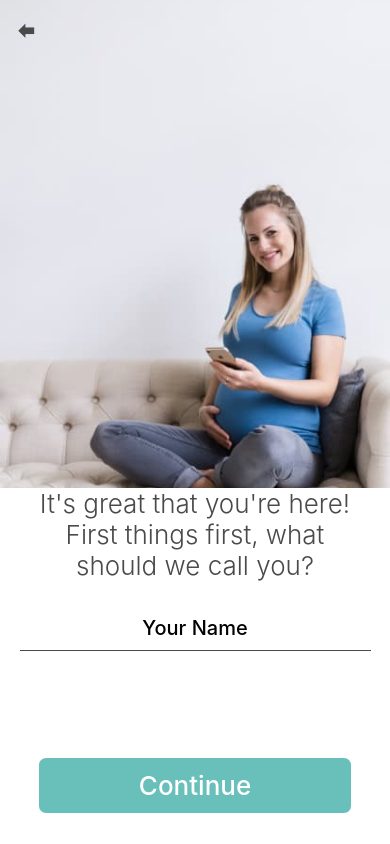
Repository: pheonixlegend/keleya
Screen: /Name
The author's editor kept a copy of each file at every save. The screen is drawn from the files as they stood at one save, then again after the next save.
The app was drawn by React Native's web renderer in a window 390 px wide. The project was rebuilt for these pictures with package versions that can differ from the ones it lists, and the page was loaded fresh each time. Also part of the build but not shown: components/ImageHeader.tsx, components/LoginSignupDetails.tsx, screens/SignUp.tsx, screens/SignIn.tsx, screens/Date.tsx, screens/Workout.tsx, screens/Success.tsx.

Above is the screen before, as saved 2021-10-10 13:19:21.

### App.tsx
import { StatusBar } from 'expo-status-bar';
import React from 'react';
import { StyleSheet, Text, View } from 'react-native';
import Home from './screens/Home';
import { NavigationContainer } from '@react-navigation/native';
import AppStack from './routes/AppStack';

export default function App() {
  return (
    <NavigationContainer>
      <AppStack />
    </NavigationContainer>
  );
}

const styles = StyleSheet.create({
  container: {
    flex: 1,
    backgroundColor: '#fff',
    alignItems: 'center',
    justifyContent: 'center',
  },
});

### routes/AppStack.tsx
import { createStackNavigator } from '@react-navigation/stack';
import { Image } from 'react-native';
import Home from '../screens/Home';
import ImageHeader from '../components/ImageHeader';
import SignUp from '../screens/SignUp';
import SignIn from '../screens/SignIn';
import Name from '../screens/Name';
import Date from '../screens/Date';
import Workout from '../screens/Workout';
import Success from '../screens/Success';
import React from 'react';
import { Entypo } from '@expo/vector-icons';
import {RootStackParamList} from '../routes/RootStackPrams';

const Stack = createStackNavigator<RootStackParamList>();
    const appStack = () => {
        return (
            <Stack.Navigator
                screenOptions={{
                headerShown: false,
                headerTransparent: true,
                headerStyle: {
                  },
                  headerBackTitleStyle: {
                      opacity: 0,
                  },
                  headerTintColor: 'transparent'
                }}
            >
                <Stack.Screen name="Home" component={Home} />
                <Stack.Screen
                    name="SignUp"
                    component={SignUp}
                    options={{
                        headerShown: true,
                        headerBackImage: ()=>(<Entypo name='arrow-left' size={22}
                        color="#4a4a4a" style={{ paddingLeft: '20%', marginTop: '-10%' }} />)
                    }}
                />
                <Stack.Screen
                    name="SignIn"
                    component={SignIn}
                    options={{
                        headerShown: true,
                        headerBackImage: ()=>(<Entypo name='arrow-left' size={22}
                        color="#4a4a4a" style={{ paddingLeft: '20%', marginTop: '-10%' }} />)
                    }}
                />
                <Stack.Screen
                    name="Name"
                    component={Name}
                    options={{
                        headerShown: true,
                        headerBackImage: ()=>(<Entypo name='arrow-left' size={22}
                        color="#4a4a4a" style={{ paddingLeft: '20%', marginTop: '-10%' }} />)
                    }}
                />
                <Stack.Screen
                    name="Date"
                    component={Date}
                    options={{
                        headerShown: true,
                        headerBackImage: ()=>(<Entypo name='arrow-left' size={22}
                        color="#4a4a4a" style={{ paddingLeft: '20%', marginTop: '-10%' }} />)
                    }}
                />
                <Stack.Screen
                    name="Workout"
                    component={Workout}
                    options={{
                        headerShown: true,
                        headerBackImage: ()=>(<Entypo name='arrow-left' size={22}
                        color="#4a4a4a" style={{ paddingLeft: '20%', marginTop: '-10%' }} />)
                    }}
                />
                <Stack.Screen
                    name="Success"
                    component={Success}
                    options={{
                        headerShown: false,
                        headerBackImage: ()=>(<Entypo name='arrow-left' size={22}
                        color="#4a4a4a" style={{ paddingLeft: '20%', marginTop: '-10%' }} />)
                    }}
                />
            </Stack.Navigator>
        )
    }
export default appStack

### screens/Home.tsx
import { StatusBar } from 'expo-status-bar';
import React from 'react';
import { StyleSheet, Text, View, Button, Image, SafeAreaView, ImageBackground, TouchableOpacity } from 'react-native';
import { Global } from '../styles/Global';
import {useNavigation} from '@react-navigation/native';
import {StackNavigationProp} from '@react-navigation/stack';
import {RootStackParamList} from '../routes/RootStackPrams';

type authScreenProp = StackNavigationProp<RootStackParamList, 'Home'>;

function Home() {
  /* const signUpHandler = () => {
    navigation.push("Sign Up")
  }

  const signInHandler = () => {
    navigation.push("Sign In")
  }
 */
  const navigation = useNavigation<authScreenProp>();

  return (
    <ImageBackground source={require('../assets/images/first-intro-image.png')} style={styles.backgroundImage} >

    <SafeAreaView style={Global.container}>
      <StatusBar backgroundColor={'transparent'} translucent/>

      <View style={styles.imageContainer}>
        <Image source={require('../assets/images/keleya-logo.png')} style={styles.image} resizeMode="contain" />
      </View>

      <View style={styles.centeredView}>
        <Text style={styles.subText}>For a fit and relaxed pregnancy</Text>
      </View>

      <View style={styles.buttonContainer}>
      <TouchableOpacity style={styles.customBtnBGBottom} onPress={() => navigation.navigate('SignUp')}>
        <Text style={styles.customBtnTextBottom}>Get started</Text>
      </TouchableOpacity>


      <TouchableOpacity style={styles.customBtnBGBottom2} onPress={() => navigation.navigate('SignIn')}>
        <Text style={styles.customBtnTextBottom2}>Or login</Text>
      </TouchableOpacity>
      </View>
    </SafeAreaView>

    </ImageBackground>
  )
}

const styles = StyleSheet.create({
  imageContainer: {
    justifyContent: 'center',
    alignItems: 'center',
    height: '20%'
  },

  backgroundImage: {
    flex: 1,
    width: undefined,
    height: undefined,
    resizeMode: 'cover'
  },

  centeredView: {
    justifyContent: 'center',
    alignItems: 'center'
  },

  image: {
    width: '23%',
    height: '100%'
  },

  subText: {
    textAlign: 'center',
    fontSize: 24,
    fontWeight: "500",
    marginTop: '-3%',
    width: '53%',
    color: "#4a4a4a"
  },

  buttonContainer: {
    flex: 1,
    alignItems: 'center',
    height: '12.4%',
  },

  customBtnBGBottom: {
    backgroundColor: "#69c0ba",
    borderRadius: 7,
    width: '85%',
    height: '6.2%',
    position: 'absolute',
    bottom: 0,
    marginBottom: '23%',
    justifyContent: 'center',
    alignItems: 'center',
  },

  customBtnBGBottom2: {
    backgroundColor: "transparent",
    borderRadius: 7,
    width: '85%',
    position: 'absolute',
    bottom: 0,
    marginBottom: '10%',
    justifyContent: 'center',
    alignItems: 'center',
  },

  customBtnTextBottom: {
    fontSize: 26,
    fontWeight: "500",
    color: "#fff",
    textAlign: "center"
  },

  customBtnTextBottom2: {
    fontSize: 21,
    fontWeight: "600",
    color: "#4a4a4a",
    textAlign: "center"
  }

});

export default Home

### screens/Name.tsx
import {useNavigation} from '@react-navigation/native';
import { StatusBar } from 'expo-status-bar';
import React from 'react';
import { StyleSheet, Text, View, SafeAreaView, TouchableOpacity, TextInput } from 'react-native';
import { Global } from '../styles/Global';
import ImageHeaderMedium from '../components/ImageHeaderMedium';
import {StackNavigationProp} from '@react-navigation/stack';
import {RootStackParamList} from '../routes/RootStackPrams';
import NameTimeDetails from '../components/NameTimeDetails';

type nameScreenProp = StackNavigationProp<RootStackParamList, 'Name'>;

function Name() {
  const navigation = useNavigation<nameScreenProp>();

 return (
    <SafeAreaView style={styles.mainContainer}>
      <StatusBar backgroundColor={'transparent'} translucent/>
      <ImageHeaderMedium screenType = "nameScreen"/>
      {<NameTimeDetails screenType = "nameScreen" /> }

      <View style={styles.buttonContainer}>
          <TouchableOpacity style={styles.customBtnBGBottom} onPress={() => navigation.navigate('Date')}>
            <Text style={styles.customBtnTextBottom}>Continue</Text>
          </TouchableOpacity>
      </View>
    </SafeAreaView>
  )
}

const styles = StyleSheet.create({
  mainContainer: {
    flex: 1,
    backgroundColor: 'white'
  },

  forgotPasswordText: {
    textAlign: 'center',
    fontSize: 19,
    width: '90%',
    fontWeight: "300",
    color: "#4a4a4a",
    paddingBottom: '7%'
  },

  buttonContainer: {
    alignItems: 'center',
    width: '100%',
    bottom: 0,
    position: 'absolute',
  },

  customBtnBGBottom: {
    backgroundColor: "#69c0ba",
    borderRadius: 7,
    width: '80%',
    paddingTop: '3%',
    paddingBottom: '3%',
    marginBottom: '8%',
    justifyContent: 'center',
    alignItems: 'center',
  },

  customBtnTextBottom: {
    fontSize: 26,
    fontWeight: "500",
    color: "#ffff",
    textAlign: "center"
  }

});

export default Name

### styles/Global.tsx
import { StyleSheet } from 'react-native';

export const Global = StyleSheet.create({
    container: {
        flex: 1,
        backgroundColor: 'transparent',
    }
})

### components/ImageHeaderMedium.tsx
import React, { useState, FC } from 'react';
import { Text, View, StyleSheet, Image } from 'react-native';
import { Entypo } from '@expo/vector-icons';
import { LinearGradient } from 'expo-linear-gradient';

interface Props {
  screenType: string;
}

const ImageHeaderMedium: FC<Props> = ({ screenType }) => {

  let imageCondition = require('../assets/images/couch_smile.jpg')

  if (screenType == "dateScreen") {
    imageCondition = require('../assets/images/due-date-background-image.jpg')
  }
  else if (screenType == "workoutScreen") {
    imageCondition = require('../assets/images/workout-goal-background-image.jpg')
  }

  return (
    <Image source={imageCondition}
      style={[styles.image, screenType == "nameScreen" || "workoutScreen" ? { height: '65%' }
      : { height: '80%' }]} resizeMode="cover">
    </Image>
  );
}

const styles = StyleSheet.create({
  image: {
    flex: 1,
    position: 'absolute',
    width: '100%'
  }
});

export default ImageHeaderMedium

### components/NameTimeDetails.tsx
import React, { useState, FC } from 'react';
import { Text, View, StyleSheet, TextInput } from 'react-native';
import { MaterialIcons } from '@expo/vector-icons';
import { CheckBox } from 'react-native-elements';

interface Props {
  screenType: string;
}

const NameTimeDetails: FC<Props> = ({ screenType }) => {

 // const [screenType, setScreenType] = useState(0);

  return (
    <View>
      <View style={styles.centeredView}>
        <Text style={styles.subText}>
          {screenType == "nameScreen" ? 'It\'s great that you\'re here! First things first, what should we call you?'
           : 'When is your baby due, Sam?'}</Text>

        <TextInput
          placeholder="Your Name"
          style={styles.input}
        />
      </View>
    </View>
  )
}

const styles = StyleSheet.create({
  centeredView: {
    justifyContent: 'flex-start',
    alignItems: 'center',
    backgroundColor: 'white',
    marginTop: '125%',
    paddingLeft: '5%',
    paddingRight: '5%'
  },

  subText: {
    textAlign: 'center',
    fontSize: 26,
    width: '90%',
    fontWeight: "300",
    color: "#4a4a4a",
    paddingBottom: '10%'
  },

  forgotPasswordText: {
    textAlign: 'center',
    fontSize: 19,
    width: '90%',
    fontWeight: "300",
    color: "#4a4a4a",
    paddingBottom: '7%'
  },

  buttonContainer: {
    alignItems: 'center',
    width: '100%',
    bottom: 0,
    position: 'absolute',
  },

  customBtnBGBottom: {
    backgroundColor: "#69c0ba",
    borderRadius: 7,
    width: '80%',
    paddingTop: '3%',
    paddingBottom: '3%',
    marginBottom: '8%',
    justifyContent: 'center',
    alignItems: 'center',
  },

  customBtnTextBottom: {
    fontSize: 26,
    fontWeight: "500",
    color: "#ffff",
    textAlign: "center"
  },

  input: {
    width: '100%',
    fontSize: 20,
    textAlign: 'center',
    fontWeight: '500',
    paddingLeft: '10%',
    paddingRight: '10%',
    paddingBottom: '3%',
    marginBottom: '12%',
    borderBottomColor: '#4a4a4a',
    borderBottomWidth: 1
  },

  checkboxView: {
    alignItems:'flex-start',
    justifyContent:'flex-start',
    marginTop: '-6%',
    paddingLeft: '5%',
    paddingRight: '5%',
    // display: 'none'
  },

  label: {
    margin: 8,
  }

});

export default NameTimeDetails

After the next save:
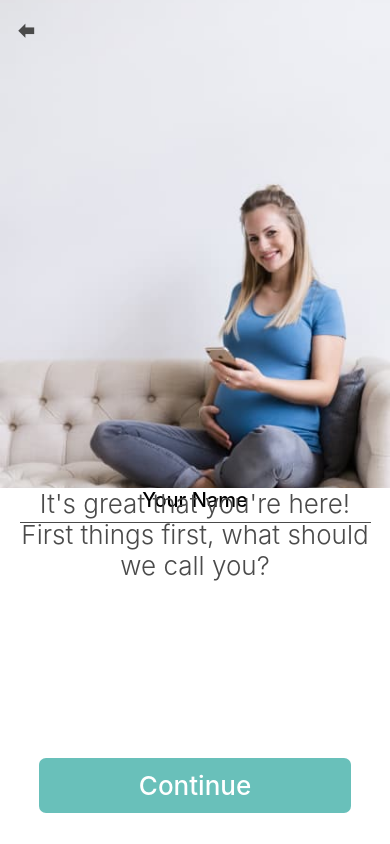
Saved 2 min 38 s later.
--- a/components/NameTimeDetails.tsx
+++ b/components/NameTimeDetails.tsx
@@ -43,7 +43,8 @@
     width: '90%',
     fontWeight: "300",
     color: "#4a4a4a",
-    paddingBottom: '10%'
+    paddingBottom: '10%',
+    position: 'absolute'
   },
 
   forgotPasswordText: {
